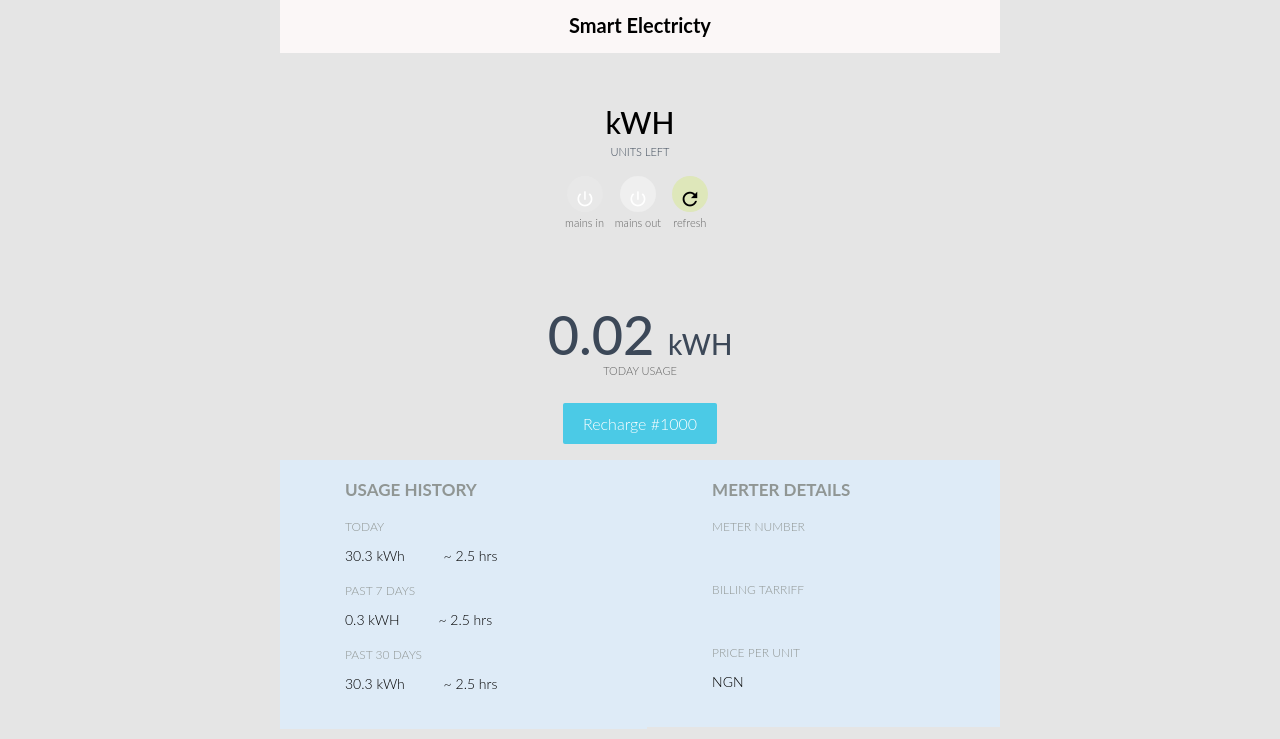
Repository: stefnnT/eko-smart-meter-hackathon
Page: subscriber.html
The author's editor kept a copy of each file at every save. The page is drawn from the files as they stood at one save, then again after a run of saves.
The browser window is 1280 px wide. The pictures show the whole page.
The page's requests for data from a server got no answer. Some web libraries are served in a nearby version.

Above is the page before, as saved 2020-09-04 13:31:20.
Not found: assets/assets-for-demo/vertical-nav.css

After the next 2 saves:
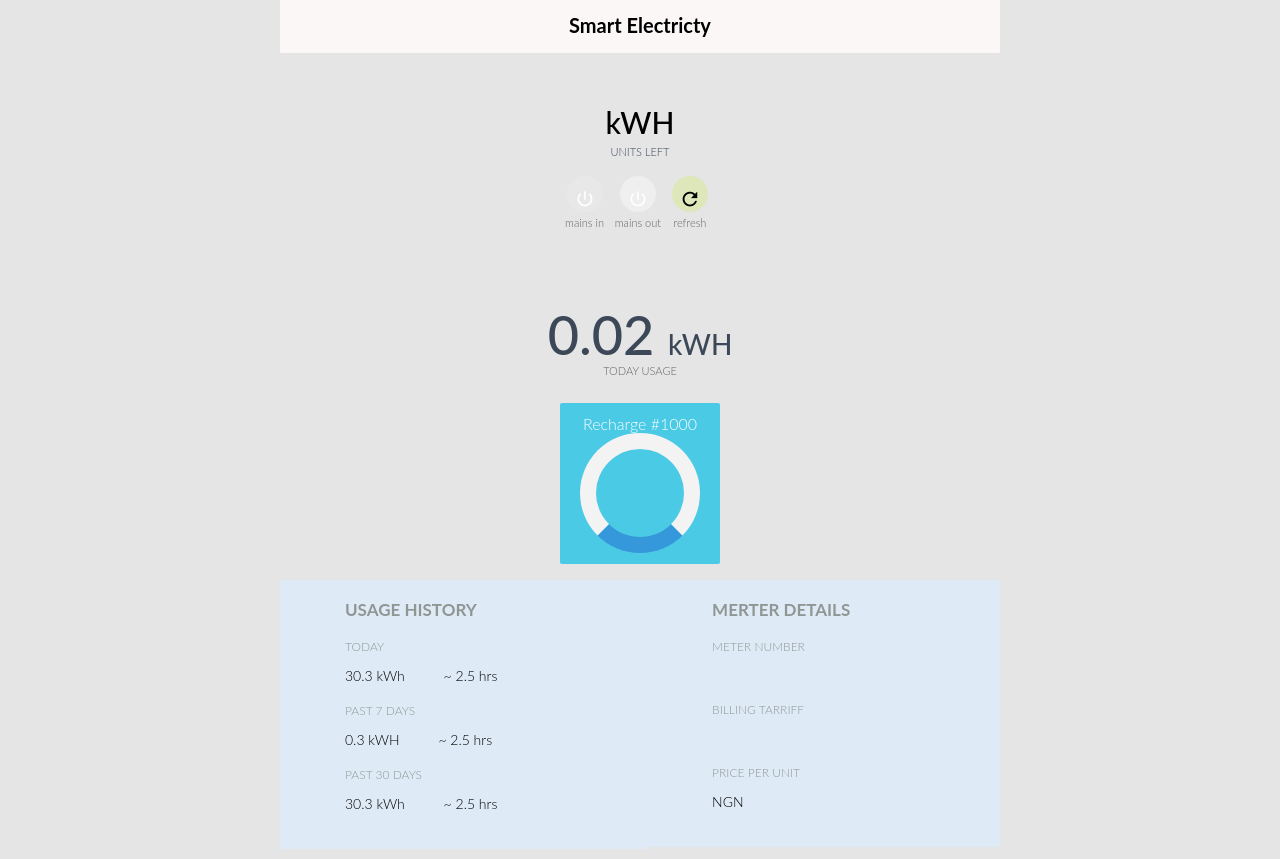
The 2 saves are shown as one change because they came seconds apart.
The last was saved 18 s later.
--- a/style2.css
+++ b/style2.css
@@ -654,6 +654,22 @@ button.dashboard__summary-icon {
   cursor: not-allowed;
 }
 
+.loader {
+  border: 16px solid #f3f3f3; /* Light grey */
+  border-top: 16px solid #3498db; /* Blue */
+  border-radius: 50%;
+  width: 120px;
+  height: 120px;
+  animation: spin 2s linear infinite;
+}
+
+@keyframes spin {
+  0% { transform: rotate(0deg); }
+  100% { transform: rotate(360deg); }
+}
+
+
+
 .dashboard__summary-icon-item {
   display: inline-block;
   margin-right: 7px;
